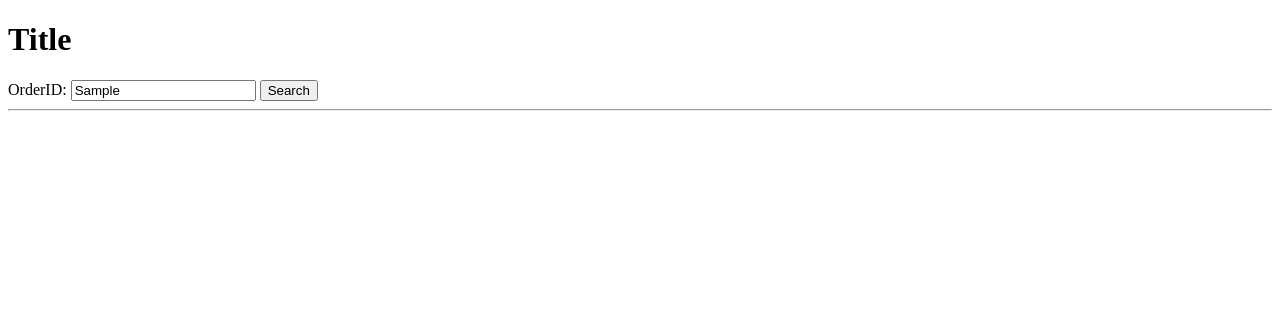
Repository: fgh64hfhk/webworkspace
Page: eeit82_web/src/main/webapp/web57.html
These files come from the project's save history. The page is drawn as it stood at one moment and after the next save; the edit follows.
The browser window is 1280 px wide. The pictures show the whole page.
Empty fields were first filled with sample values (such as "Sample", 5 or name@example.com).
After loading, the first visible `input[onclick="search()"]` was clicked once.

Above is the page before, as saved 2024-05-10 06:40:18.
Console error: TypeError: Cannot read properties of undefined (reading 'textContent')

After the next save:
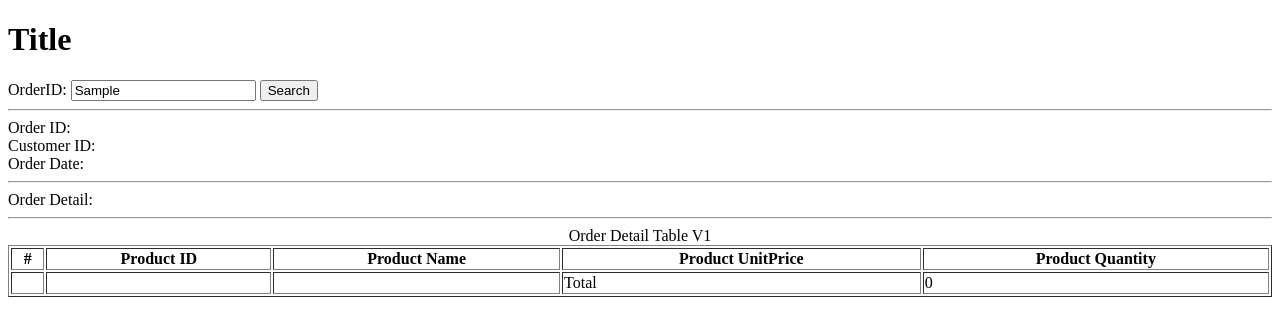
The error is gone.
Saved 13 s later.
--- a/eeit82_web/src/main/webapp/web57.html
+++ b/eeit82_web/src/main/webapp/web57.html
@@ -39,7 +39,7 @@
 									'<td>' + "" + '</td>' +
 									'<td>' + "" + '</td>' +
 									'<td>' + "Total" + '</td>' +
-									'<td>' + $('#unitPrice')[0].textContent * $('#unitPrice')[0].textContent + '</td>' +
+									'<td>' + total + '</td>' +
 								'</tr>'
 							);
 
